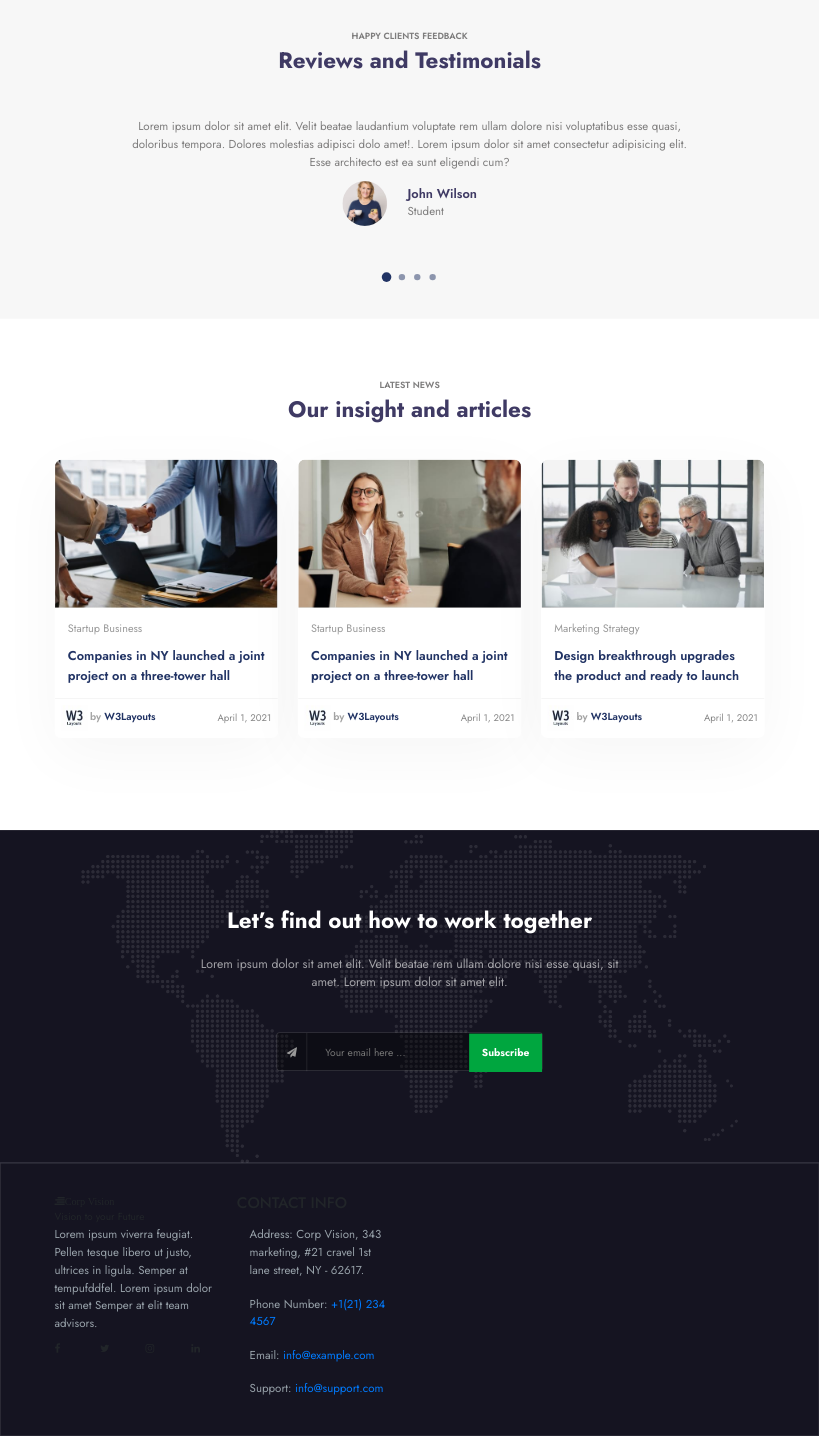
Repository: khaipnp/corpvision
Page: index.html
The author's editor kept a copy of each file at every save. The page is drawn from the files as they stood at one save, then again after the next save.
The browser window is 1280 px wide. The pictures show the whole page, at 64% of full size.

Above is the page before, as saved 2021-07-04 12:58:09.

### index.html
<!DOCTYPE html>
<html lang="en">
  <head>
    <meta charset="UTF-8" />
    <meta http-equiv="X-UA-Compatible" content="IE=edge" />
    <meta name="viewport" content="width=device-width, initial-scale=1.0" />
    <title>Corpvision</title>
    <meta name="description" content="Corpvision Website" />
    <!-- FONT-GOOGLE -->
    <link rel="preconnect" href="https://fonts.gstatic.com" />
    <link
      href="https://fonts.googleapis.com/css2?family=Jost:ital,wght@0,100;0,200;0,300;0,400;0,500;0,600;0,700;0,800;0,900;1,400&display=swap"
      rel="stylesheet"
    />
    <!-- FONT-AWSOME -->
    <link
      rel="stylesheet"
      href="https://cdnjs.cloudflare.com/ajax/libs/font-awesome/5.15.3/css/all.min.css"
      integrity="sha512-iBBXm8fW90+nuLcSKlbmrPcLa0OT92xO1BIsZ+ywDWZCvqsWgccV3gFoRBv0z+8dLJgyAHIhR35VZc2oM/gI1w=="
      crossorigin="anonymous"
      referrerpolicy="no-referrer"
    />
    <link rel="stylesheet" href="./css/font-awesome.min.css" />
    <!-- OWL CAROUSEL -->
    <link
      rel="stylesheet"
      href="https://cdnjs.cloudflare.com/ajax/libs/OwlCarousel2/2.3.4/assets/owl.carousel.min.css"
      integrity="sha512-tS3S5qG0BlhnQROyJXvNjeEM4UpMXHrQfTGmbQ1gKmelCxlSEBUaxhRBj/EFTzpbP4RVSrpEikbmdJobCvhE3g=="
      crossorigin="anonymous"
      referrerpolicy="no-referrer"
    />
    <link
      rel="stylesheet"
      href="https://cdnjs.cloudflare.com/ajax/libs/OwlCarousel2/2.3.4/assets/owl.theme.default.css"
      integrity="sha512-OTcub78R3msOCtY3Tc6FzeDJ8N9qvQn1Ph49ou13xgA9VsH9+LRxoFU6EqLhW4+PKRfU+/HReXmSZXHEkpYoOA=="
      crossorigin="anonymous"
      referrerpolicy="no-referrer"
    />
    <!-- BOOTSTRAP -->
    <link
      rel="stylesheet"
      href="https://cdn.jsdelivr.net/npm/bootstrap@4.6.0/dist/css/bootstrap.min.css"
      integrity="sha384-B0vP5xmATw1+K9KRQjQERJvTumQW0nPEzvF6L/Z6nronJ3oUOFUFpCjEUQouq2+l"
      crossorigin="anonymous"
    />
    <!-- MAIN CSS -->
    <link rel="stylesheet" href="./css/main.css" />
  </head>
  <body>
    <header></header>
    <section class="feedback">
      <div class="feedback__content py-5">
        <div class="container">
          <h5 class="small-title col-12 text-center">Happy clients Feedback</h5>
          <h3 class="big-title col-12 text-center">Reviews and Testimonials</h3>
          <div class="testimonials owl-carousel owl-theme">
            <div class="testimonials__item">
              <p class="text-center col-12">
                Lorem ipsum dolor sit amet elit. Velit beatae laudantium
                voluptate rem ullam dolore nisi voluptatibus esse quasi,
                doloribus tempora. Dolores molestias adipisci dolo amet!. Lorem
                ipsum dolor sit amet consectetur adipisicing elit. Esse
                architecto est ea sunt eligendi cum?
              </p>
              <div
                class="
                  testimonials__desc
                  row
                  align-items-center
                  justify-content-center
                "
              >
                <div class="avatar mr-3">
                  <img src="./img/team1.jpg" alt="team 1" />
                </div>
                <div class="name ml-3">
                  <h3>John Wilson</h3>
                  <p>Student</p>
                </div>
              </div>
            </div>
            <div class="testimonials__item">
              <p class="text-center col-12">
                Lorem ipsum dolor sit amet elit. Velit beatae laudantium
                voluptate rem ullam dolore nisi voluptatibus esse quasi,
                doloribus tempora. Dolores molestias adipisci dolo amet!. Lorem
                ipsum dolor sit amet consectetur adipisicing elit. Esse
                architecto est ea sunt eligendi cum?
              </p>
              <div
                class="
                  testimonials__desc
                  row
                  align-items-center
                  justify-content-center
                "
              >
                <div class="avatar mr-3">
                  <img src="./img/team2.jpg" alt="team 2" />
                </div>
                <div class="name ml-3">
                  <h3>Julia Sakura</h3>
                  <p>Student</p>
                </div>
              </div>
            </div>
            <div class="testimonials__item">
              <p class="text-center col-12">
                Lorem ipsum dolor sit amet elit. Velit beatae laudantium
                voluptate rem ullam dolore nisi voluptatibus esse quasi,
                doloribus tempora. Dolores molestias adipisci dolo amet!. Lorem
                ipsum dolor sit amet consectetur adipisicing elit. Esse
                architecto est ea sunt eligendi cum?
              </p>
              <div
                class="
                  testimonials__desc
                  row
                  align-items-center
                  justify-content-center
                "
              >
                <div class="avatar mr-3">
                  <img src="./img/team3.jpg" alt="team 3" />
                </div>
                <div class="name ml-3">
                  <h3>Roy Linderson</h3>
                  <p>Student</p>
                </div>
              </div>
            </div>
            <div class="testimonials__item">
              <p class="text-center col-12">
                Lorem ipsum dolor sit amet elit. Velit beatae laudantium
                voluptate rem ullam dolore nisi voluptatibus esse quasi,
                doloribus tempora. Dolores molestias adipisci dolo amet!. Lorem
                ipsum dolor sit amet consectetur adipisicing elit. Esse
                architecto est ea sunt eligendi cum?
              </p>
              <div
                class="
                  testimonials__desc
                  row
                  align-items-center
                  justify-content-center
                "
              >
                <div class="avatar mr-3">
                  <img src="./img/team4.jpg" alt="team 4" />
                </div>
                <div class="name ml-3">
                  <h3>Smith Johnson</h3>
                  <p>Student</p>
                </div>
              </div>
            </div>
          </div>
        </div>
      </div>
    </section>
    <section class="news py-5">
      <div class="news__content py-5">
        <div class="container">
          <h5 class="small-title col-12 text-center">LATEST NEWS</h5>
          <h3 class="big-title col-12 text-center">Our insight and articles</h3>
          <div class="row py-5">
            <div class="news__item col-md-6 col-lg-4">
              <div class="news__card">
                <div class="card__thumbnail p-0 position-relative">
                  <img src="./img/blog1.jpg" alt="blog 1" />
                </div>
                <div class="card__content">
                  <p>Startup Business</p>
                  <a href="#">Companies in NY launched a joint project on a three-tower
                    hall</a>
                </div>
                <div class="card__footer">
                  <span><img src="./img/icon.jpeg" alt="" /> by <a href="#">W3Layouts</a></span>
                  <p>April 1, 2021</p>
                </div>
              </div>
            </div>
            <div class="news__item col-md-6 col-lg-4">
              <div class="news__card">
                <div class="card__thumbnail p-0 position-relative">
                  <img src="./img/blog2.jpg" alt="blog 1" />
                </div>
                <div class="card__content">
                  <p>Startup Business</p>
                  <a href="#">Companies in NY launched a joint project on a three-tower
                    hall</a>
                </div>
                <div class="card__footer">
                  <span><img src="./img/icon.jpeg" alt="" /> by <a href="#">W3Layouts</a></span>
                  <p>April 1, 2021</p>
                </div>
              </div>
            </div>
            <div class="news__item col-md-6 col-lg-4">
              <div class="news__card">
                <div class="card__thumbnail p-0 position-relative">
                  <img src="./img/blog3.jpg" alt="blog 1" />
                </div>
                <div class="card__content">
                  <p>Marketing Strategy</p>
                  <a href="#">Design breakthrough upgrades the product and ready to launch</a>
                </div>
                <div class="card__footer">
                  <span><img src="./img/icon.jpeg" alt="" /> by <a href="#">W3Layouts</a></span>
                  <p>April 1, 2021</p>
                </div>
              </div>
            </div>
          </div>
        </div>
      </div>
    </section>
    <div class="subscribe py-5">
      <div class="container">
        <div class="sub__box my-5 mx-auto align-items-center justify-content-center">
          <h3 class="big-title py-4 col-12 text-center">Let’s find out how to work together<h3>
          <p class="col-12 text-center">Lorem ipsum dolor sit amet elit. Velit beatae rem ullam dolore nisi esse quasi, sit amet. Lorem ipsum dolor sit amet elit.</p>
          <div class="input__email justify-content-center py-5">
            <form>
              <i class="fa fa-paper-plane"></i>
              <input type="email" placeholder="Your email here ...">
              <button>Subscribe</button>
            </form>
          </div>
        </div>
      </div>
    </div>
    <footer>
      <div class="footer__info container py-5">
        <div class="row">
          <div class="footer__content col-3">
            <i class="fa fa-align-right">Corp Vision</i>
            <div class="slogan">Vision to your Future</div>
            <p>Lorem ipsum viverra feugiat. Pellen tesque libero ut justo, ultrices in ligula. Semper at tempufddfel. Lorem ipsum dolor sit amet Semper at elit team advisors.</p>
            <div class="social__network row justify-content-start">
              <i class="fa fa-facebook col-3"></i>
              <i class="fa fa-twitter col-3"></i>
              <i class="fa fa-instagram col-3"></i>
              <i class="fa fa-linkedin col-3"></i>
            </div>
          </div>
          <div class="footer__content col-3">
            <h4>CONTACT INFO</h4>
            <ul class="list-group list-group-flush">
              <li class="list-group-item">Address: Corp Vision, 343 marketing, #21 cravel 1st lane street, NY - 62617.</li>
              <li class="list-group-item">Phone Number: <a href="tel:+1212344567">+1(21) 234 4567</a></li>
              <li class="list-group-item">Email: <a href="mailto:">info@example.com</a></li>
              <li class="list-group-item">Support: <a href="mailto:">info@support.com</a></li>
            </ul>
          </div>

        </div>
      </div>
    </footer>
    <!-- SCRIPT -->
    <!-- BOOTSTRAP -->
    <script
      src="https://cdnjs.cloudflare.com/ajax/libs/jquery/3.6.0/jquery.js"
      integrity="sha512-n/4gHW3atM3QqRcbCn6ewmpxcLAHGaDjpEBu4xZd47N0W2oQ+6q7oc3PXstrJYXcbNU1OHdQ1T7pAP+gi5Yu8g=="
      crossorigin="anonymous"
      referrerpolicy="no-referrer"
    ></script>
    <script
      src="https://cdn.jsdelivr.net/npm/bootstrap@4.6.0/dist/js/bootstrap.bundle.min.js"
      integrity="sha384-Piv4xVNRyMGpqkS2by6br4gNJ7DXjqk09RmUpJ8jgGtD7zP9yug3goQfGII0yAns"
      crossorigin="anonymous"
    ></script>
    <!-- OWL CAROUSEL -->
    <script src="./js/owl.carousel.min.js"></script>
    <script>
      $(document).ready(function () {
        $(".owl-carousel").owlCarousel({
          navigation: false,
          slideSpeed: 300,
          paginationSpeed: 400,
          singleItem: true,
          items: 1,
          // itemsDesktop : false,
          // itemsDesktopSmall : false,
          // itemsTablet: false,
          // itemsMobile : false
        });
      });
    </script>
  </body>
</html>

### css/main.css
* {
  padding: 0;
  margin: 0;
  box-sizing: border-box;
}

html,
body {
  font-family: "Jost", sans-serif;
  background: #fff;
}

.small-title {
  color: #7e7d7d;
  font-size: 14px;
  font-weight: 600;
  text-transform: uppercase;
}

.big-title {
  color: #3f3a64;
  font-size: 35px;
  font-weight: 700;
}

/* FEEDBACK */
.feedback {
  background-color: #f7f7f7;
}

.testimonials__item {
  margin: 60px auto;
  display: block;
  max-width: 900px;
  height: auto;
}

.testimonials__item p {
  color: #7e7d7d;
  font-size: 18px;
  line-height: 28px;
}

.testimonials__desc .avatar {
  width: 70px;
  height: 70px;
  overflow: hidden;
  border-radius: 50%;
}

.testimonials__desc .avatar img {
  width: 100%;
  height: 100%;
  object-fit: cover;
}

.name h3 {
  font-size: 20px;
  margin: 0;
  font-weight: 600;
  color: #3f3a64;
}
.name p {
  font-style: normal;
  margin-bottom: 0;
}

.owl-theme .owl-dots .owl-dot.active span,
.owl-theme .owl-dots .owl-dot span {
  background: rgba(33, 51, 100, 0.5);
  transform: scale(1);
  transition: all 0.5s;
}

.owl-theme .owl-dots .owl-dot.active span,
.owl-theme .owl-dots .owl-dot:hover span {
  background: #213364 !important;
  transform: scale(1.5);
}

/* NEWS */
.news__card {
  background-color: #fff;
  box-shadow: 0 25px 98px 0 rgb(0 0 0 / 4%);
  border: 1px solid transparent;
  border-radius: 10px;
}

.card__thumbnail {
  overflow: hidden;
  border-radius: 10px 10px 0 0;
}

.card__thumbnail img {
  width: 100%;
  border-radius: 10px 10px 0 0;
  object-fit: cover;
  cursor: pointer;
  transition: all 0.5s;
}

.card__thumbnail img:hover {
  transform: scale(1.15);
}

.card__content {
  padding: 20px;
}

.card__content p {
  color: #999;
  font-size: 17px;
  font-weight: 400;
}

.card__content a {
  text-decoration: none;
  color: #213364;
  font-size: 20px;
  font-weight: 600;
  transition: all 0.5s;
  cursor: pointer;
}

.card__content a:hover {
  color: #00a63f;
}

.card__footer {
  display: flex;
  justify-content: space-between;
  align-items: center;
  border-top: 1px solid rgba(126, 125, 125, 0.1);
  padding: 10px;
}

.card__footer a {
  color: #213364;
  font-size: 1rem;
  font-weight: 600;
  cursor: pointer;
  transition: all 0.5s;
  text-decoration: none;
}

.card__footer a:hover {
  color: #00a63f;
}

.card__footer img {
  cursor: pointer;
}

.card__footer span {
  color: rgb(102, 102, 102, 0.6);
  font-weight: 600;
}

.card__footer p {
  margin-bottom: 0;
  font-size: 15px;
  color: rgb(102, 102, 102, 0.8);
}

/* SUBCRIBE */
.subscribe {
  background-image: url(../img/map.png);
  background-color: #151421;
  background-size: contain;
  background-repeat: no-repeat;
  background-position: center;
}

.sub__box {
  max-width: 700px;
}

.sub__box .big-title {
  color: #fff;
}

.sub__box p {
  font-size: 1.2rem;
  color: rgba(255, 255, 255, 0.6);
  line-height: 1.5;
  font-weight: 400;
}

.input__email {
  display: flex;
}

.input__email form {
  border: 1px solid rgb(255, 255, 255, 0.15);
  border-radius: 5px;
  height: 60px;
  background: rgb(0, 0, 0, 0.35);
  max-width: 550px;
}

.input__email input {
  color: #999;
  padding: 20px 20px;
  border: none;
  font-size: 1rem;
  outline: none;
  background: none;
}

.input__email button {
  background-color: #00a63f;
  color: #fff;
  height: 60px;
  padding: 0 20px;
  border: none;
  font-size: 1rem;
  font-weight: 700;
  line-height: 60px;
  text-align: center;
}

.input__email i {
  text-align: center;
  color: #999;
  font-size: 1rem;
  border-right: 1px solid rgb(255, 255, 255, 0.15);
  line-height: 60px;
  padding: 0 15px;
}

/* FOOTER */

footer {
  background-color: #151421;
  border: 1px solid rgb(255, 255, 255, 0.15);
}

.footer__content p {
  color: #97a1a9;
  font-size: 18px;
  line-height: 28px;
}

.footer__content .list-group-item {
  background-color: transparent !important;
  color: #97a1a9;
  border: none !important;
  font-size: 18px;
  line-height: 28px;
}

Loaded but not shown: css/font-awesome.min.css (library); js/owl.carousel.min.js (library)

After the next save:
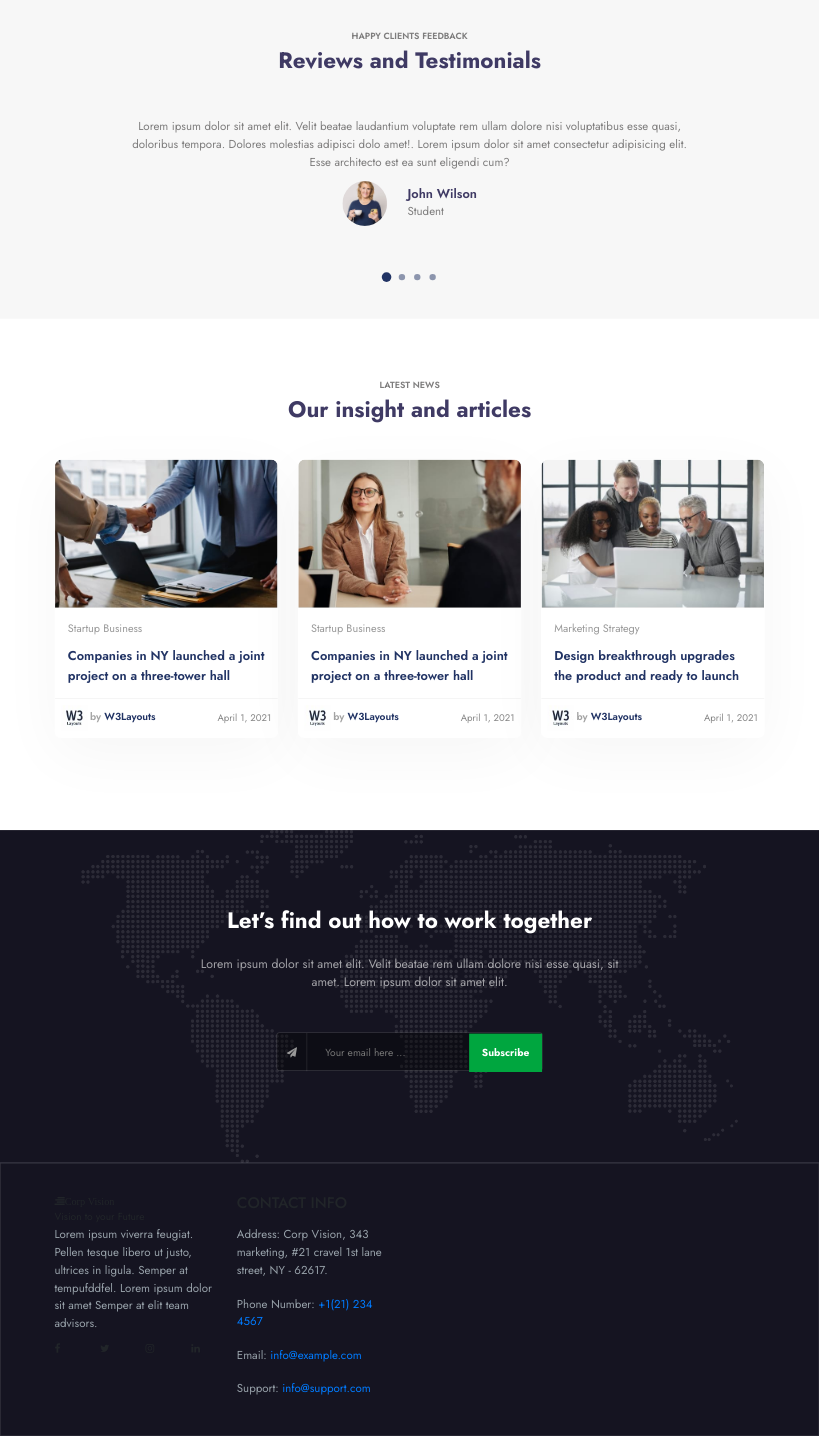
Saved 100 s later.
--- a/css/main.css
+++ b/css/main.css
@@ -247,4 +247,5 @@ footer {
   border: none !important;
   font-size: 18px;
   line-height: 28px;
-}
+  padding-left: 0 !important;
+}
